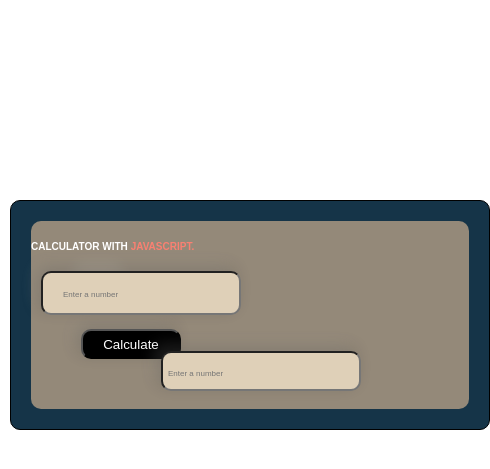
Repository: isaacCodes1/Calculator-with-js
Page: index2.html
The author's editor kept a copy of each file at every save. The page is drawn from the files as they stood at one save, then again after the next save.
The browser window is 375 px wide. The page is 490 px wide, so the pictures cover 490 px, including what lies to the right of the window. The pictures show the whole page.
Some web fonts or font styles are not loaded; a fallback is used.

Above is the page before, as saved 2024-04-22 15:29:31.

### index2.html
<!DOCTYPE html>
<html lang="en">
  <head>
    <meta charset="UTF-8" />
    <meta name="viewport" content="width=device-width, initial-scale=1.0" />
    <title>Arithmetic Calculator</title>
    <link
      href="https://fonts.cdnfonts.com/css/scientific-calculator-lcd"
      rel="stylesheet"
    />

    <link rel="stylesheet" href="style.css" />
    <link rel="stylesheet" href="mediaquery.css">
  </head>
  <body>
    <main>
      <div class="numm">
        <h1 class="he">CALCULATOR WITH <span class="red">JAVASCRIPT.</span></h1>
        <div class="genDiv">
          <input
            class="num1"
            type="number"
            id="num1"
            placeholder="Enter a number"
            style="font-size: 12px"
          />
          <select class="addition" id="operator">
            <option class="opt" value="add">+</option>
            <option class="opt" value="subtract">-</option>
            <option class="opt" value="multiply">*</option>
            <option class="opt" value="divide">/</option>
          </select>
          <input
            class="num7"
            type="number"
            id="num2"
            placeholder="Enter a number"
            /> <br> <br> <br>
          <button class="cal" onclick="calculate()">Calculate</button>
          <div class="copy">
          <p>CopyRight &#169; Damicodez.</p>
        </div>
        </div>
      </div>
      <script src="script.js"></script>
    </main>
  </body>
</html>

### style.css
* {
  margin: 0;
  padding: 0;
  box-sizing: border-box;
  font-family: "Scientific Calculator LCD", sans-serif;
}
.genDiv {
  background: #948979;
  border-radius: 10px;
  padding: 50px 50px;
}

.main {
  background-color: #dfd0b8;
}
.numm {
  position: absolute;
  top: 200px;
  left: 300px;
  width: 900px;
  border: 1px solid;
  border-radius: 10px;
  background: #153448;
  padding-left: 100px;
  padding-bottom: 100px;
  padding-right: 100px;
  padding-top: 100px;
}
.he {
  color: #fff;
  position: absolute;
  top: 20px;
  font-weight: 900;
  font-style: normal;
}
.red {
  color: salmon;
  font-weight: 900;
}
.num1 {
  width: 200px;
  position: absolute;
  box-shadow: -8px -8px 15px rgba(255, 255, 255, 0.1),
    -5px -5px 15px rgba(0, 0, 0, 0.2);
  background: #dfd0b8;
  height: 40px;
  border-radius: 10px;
  padding: 20px;
  outline: none;
}
.num1::placeholder {
  font-size: 10px;
}
.opt {
  background: #000;
  color: #fff;
  outline: none;
}
.addition {
  width: 50px;
  box-shadow: -8px -8px 15px rgba(255, 255, 255, 0.1);
  background: #dfd0b8;
  height: 20px;
  border-radius: 10px;
  font-size: 18px;
}
.num7 {
  width: 200px;
  box-shadow: -8px -8px 15px rgba(255, 255, 255, 0.1),
    -5px -5px 15px rgba(0, 0, 0, 0.2);
  background: #dfd0b8;
  height: 40px;
  position: absolute;
  top: 150px;
  left: 450px;
  border-radius: 10px;
  padding: 20px;
  outline: none;
}
.num7::placeholder {
  font-size: 10px;
}
.cal {
  width: 100px;
  height: 30px;
  box-shadow: -8px -8px 15px rgba(255, 255, 255, 0.1),
    -5px -5px 15px rgba(0, 0, 0, 0.2);
  background: #000;
  color:  #fff;
  border-radius: 10px;
  padding: 5px;
  transition: 1s ease-in-out;

}
.cal:hover{
    color:#000;
    background-color: #dbdbdb;
    transition: 1s ease-in-out;
    border-radius: 10px;
}
.copy{
    position: absolute;
    top: 350px;
    color: #fff;
}

### mediaquery.css
@media (max-width: 480px) {
  .genDiv {
    /* padding: 50px 20px; */
  }
  .numm {
    top: 200px;
    width: 480px;
    left: 10px;
    padding: 20px;
    margin-right: 50px;
  }
  .num1::placeholder {
    font-size: 8px;
  }
  .num7::placeholder{
    font-size: 8px;
  }
  .he{
    font-size: 10px;
    top: 40px;
  }
  .num1{
    position: absolute;
    left: 30px;
  }
  .num7{
    left: 150px;
    padding: 5px;
  }
}

### script.js
function calculate() {
    var num1 = parseFloat(document.getElementById('num1').value);
    var operator = document.getElementById('operator').value;
    var num2 = parseFloat(document.getElementById('num2').value);

    var result;

    switch (operator) {
      case 'add':
        result = num1 + num2;
        break;
      case 'subtract':
        result = num1 - num2;
        break;
      case 'multiply':
        result = num1 * num2;
        break;
      case 'divide':
        if (num2 !== 0) {
          result = num1 / num2;
        } else {
          console.log('Error: Division by zero');
          return;
        }
        break;
      default:
        console.log('Error: Invalid operator');
        return;
    }



console.log('Result:', result);
}

After the next save:
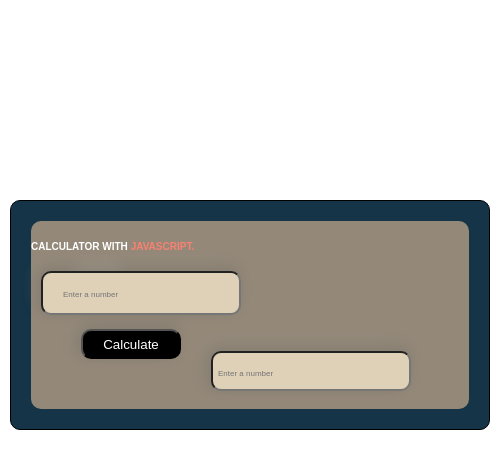
Saved 4 s later.
--- a/mediaquery.css
+++ b/mediaquery.css
@@ -24,7 +24,7 @@
     left: 30px;
   }
   .num7{
-    left: 150px;
+    left: 200px;
     padding: 5px;
   }
 }
